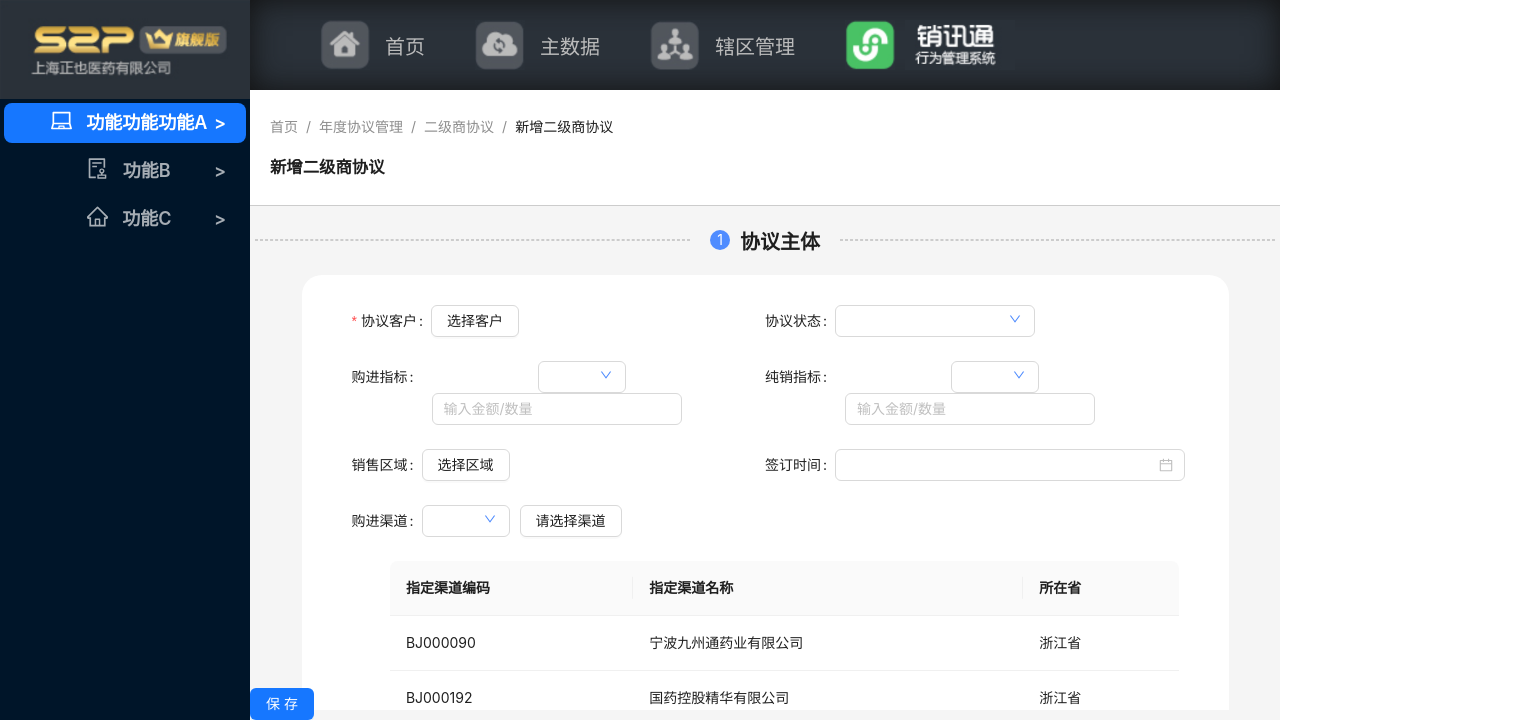
Repository: XiChips/questionB
Page: /
These files come from the project's save history. The page is drawn as it stood at one moment and after a run of saves; the edit follows.
The browser window is 1280 px wide. The page is 1280 px wide, then 1530 px, so the pictures cover 1530 px, including what lies to the right of the window. The pictures show the whole page.
An inner scrolling area shows only its first screen. The project was rebuilt for these pictures with package versions that can differ from the ones it lists, and the page was loaded fresh each time. Also part of the build but not shown: vue.config.js.

Above is the page before, as saved 2024-02-28 14:15:01.

### src/main.js
import { createApp } from 'vue'
import App from './App.vue'
import router from './router'
import store from './store'
import { setupAntd } from './ant-design-vue/index'
import { message } from "ant-design-vue";
import './assets/css/index.css'
// import axios from "axios";
// moment.locale('zh-cn')
const app = createApp(App)
setupAntd(app)
// app.use(Button).use(Layout)
app.use(store).use(router).mount('#app')



// app.config.globalProperties.$axios = axios
app.config.globalProperties.$message = message

### src/router/index.js
import { createRouter, createWebHashHistory } from 'vue-router'

const routes = [
  {
    path: '/',
    name: 'home',
    component: () => import('../views/home.vue')
  },
  {
    path: '/about',
    name: 'about',

    component: () => import('../views/AboutView.vue')
  }
]

const router = createRouter({
  history: createWebHashHistory(),
  routes
})

export default router

### src/ant-design-vue/index.js
import { Button, Layout, Image, Form, Checkbox,Radio, Input, Popover, Menu, Drawer, Breadcrumb, Typography, message, Divider, Table, DatePicker, Popconfirm, Space, InputNumber, Select, PageHeader, Steps, Statistic, Transfer, Upload, Switch, Modal, Tabs } from 'ant-design-vue';

// import 'ant-design-vue/dist/antd.min.css'

const components = [
    Button,
    Layout,
    Form,
    Input,
    Menu,
    Breadcrumb,
    Table,
    Popconfirm,
    Select,
    PageHeader,
    Steps,
    Transfer,
    Upload,
    Switch,
    Modal,
    Tabs,
    Statistic,
    InputNumber,
    Space,
    DatePicker,
    Divider,
    Image,
    Typography,
    Drawer,
    Popover,
    Radio,
    Checkbox
]

export function setupAntd(app) {
    components.forEach(component => {
        app.use(component)
    })
    app.config.globalProperties.$message = message
}

### src/assets/css/index.css
body {
    margin: 0;
}

.logo img {
    width: 100%;
}

:where(.css-dev-only-do-not-override-1hsjdkk).ant-menu-dark {
    background-color: rgb(42, 49, 57);
}

.ant-menu .anticon {
    margin-right: 10px;
    font-size   : 18px;
}

.content {
    max-height: 70vh;
    overflow  : auto;
}

.ant-upload-select-picture-card i {
    font-size: 32px;
    color    : #999;
}

.ant-upload-select-picture-card .ant-upload-text {
    margin-top: 8px;
    color     : #666;
}

.ant-upload-list-picture-card .ant-upload-list-item:hover .ant-upload-list-item-info:before {
    left: 0;
}

.ant-page-header {
    background: #fff;
}

.ant-page-header.has-breadcrumb {
    padding: 5px 24px;
}

.ant-menu {
    font-size  : 18px;
    font-weight: 600;
}

.ant-tabs-tab span {
    color      : #000;
    font-weight: bold;
    display    : inline-block;
}


.ant-upload-list-picture-card .ant-upload-list-item-info:before {
    left: 0
}

hr {
    width       : 90%;
    margin      : 0 auto;
    border-color: #99999910;
}

.title {
    background-color: rgb(42, 49, 57);
    display         : flex;
    height          : fit-content;
    padding         : 20px 70px;
    color           : rgb(187, 187, 187);
    box-shadow      : inset 0px 0 30px #111;
}

.title>div {
    margin-right: 50px;
    font-size   : 20px;
}

.title img {
    width         : 50px;
    height        : 50px;
    margin-right  : 15px;
    vertical-align: middle;
}

.title span {
    display         : inline-block;
    vertical-align  : middle;
    /* margin-bottom: 5px; */
}

:where(.css-dev-only-do-not-override-1hsjdkk).ant-menu-inline.ant-menu-root .ant-menu-item>.ant-menu-title-content,
:where(.css-dev-only-do-not-override-1hsjdkk).ant-menu-inline.ant-menu-root .ant-menu-submenu-title>.ant-menu-title-content {
    flex: none;
}

.ant-menu .anticon svg {
    width : 1.5em;
    height: 1.5em;
}

.title2 {
    display        : flex;
    justify-content: space-between;
    align-items    : center;
}

.title2>div {
    width: 300px;
}

.title2 hr {
    height: 1px;
    border: 1px dashed #ccc;
    margin: 0 5px;
}

.title2 span {
    display         : inline-block;
    width           : 20px;
    height          : 20px;
    line-height     : 20px;
    background-color: rgb(79, 140, 255);
    color           : #fff;
    border-radius   : 50%;
    margin-right    : 10px;
    vertical-align  : middle;
}


.title2 p {
    display       : inline-block;
    font-size     : 20px;
    vertical-align: middle;
    font-weight   : bold;
}

.area {
    background-color: #fff;
    border-radius   : 20px;
    width           : 90%;
    margin          : 0 auto;
    padding         : 30px 50px;
    text-align-last : left;
}

.line2 {
    display        : flex;
    justify-content: space-between;
}

.line2>div {
    width: 50%;
}

.area .ant-form-item-control-input {
    width: 25vw;
}

.ant-form-item-control-input-content {
    flex: none !important;
}

:where(.css-dev-only-do-not-override-1hsjdkk).ant-form-item .ant-form-item-label {
    /* position: relative; */
    overflow: visible;
}

:where(.css-dev-only-do-not-override-1hsjdkk).ant-form-item .ant-form-item-label>label.ant-form-item-required:not(.ant-form-item-required-mark-optional)::before {
    position: absolute;
    left    : -12px;
    top     : 7px
}

:where(.css-dev-only-do-not-override-1hsjdkk).ant-select .ant-select-arrow .anticon>svg {
    vertical-align: middle;
}

.areaType {
    display: flex;
    align-items: center;
}

:where(.css-dev-only-do-not-override-1hsjdkk).ant-tabs-card.ant-tabs-top>.ant-tabs-nav .ant-tabs-tab,
:where(.css-dev-only-do-not-override-1hsjdkk).ant-tabs-card.ant-tabs-top>div>.ant-tabs-nav .ant-tabs-tab{
    border-radius: 0;
}

textarea{
    resize: none;
    width: 100%;
    outline: none;
    border: 1px solid #ddd;
    background-color: rgb(248,248,248);
    height: 200px;
}

.btn {
    color: orange;
}

.save{
    position: absolute;
    bottom: 0;
}

### src/views/home.vue
<template>
  <a-layout>
    <a-layout>
      <a-layout-sider width="250">
        <a-menu theme="dark" v-model:selectedKeys="selectedKeys" v-model:openKeys="openKeys" mode="inline" :style="{ height: '100%', borderRight: 0 }">
          <div class="logo">
            <img src="../assets/images/logo.png" alt="">
          </div>
          <!-- <hr /> -->

          <div v-for="(item, i) in links" style="display: flex;justify-content: space-between;">
            <a-menu-item v-if="item.children == undefined" :key="`item${i}_0`" @click="changeTab(item.name)">
              <LaptopOutlined v-if="item.name == '功能功能功能A'" />
              <AuditOutlined v-if="item.name == '功能B'" />
              <HomeOutlined v-if="item.name == '功能C'" />
              {{ item.name }}
              <span style="position: absolute;right: 20px;">{{ ">" }}</span>
            </a-menu-item>

          </div>
        </a-menu>
      </a-layout-sider>
      <a-layout style="padding: 0px 0px 24px" theme="dark">
        <a-layout-content :style="{ background: 'rgb(245,245,245)', padding: '0px', margin: 0, minHeight: '280px', }">

          <div class="title">
            <div><img src="../assets/images/icon1.png" alt=""><span>首页</span></div>
            <div><img src="../assets/images/icon2.png" alt=""><span>主数据</span></div>
            <div><img src="../assets/images/icon3.png" alt=""><span>辖区管理</span></div>
            <div><img src="../assets/images/icon4.png" alt=""><img src="../assets/images/text.png" style="width: auto;margin-left: -5px;" alt=""></div>
          </div>
          <div style="padding: 10px 20px;background-color: rgb(255,255,255);border-bottom: 1px solid #ccc;">
            <a-breadcrumb :style="{ margin: '36px 20px' }">
              <a-breadcrumb-item>首页</a-breadcrumb-item>
              <a-breadcrumb-item>年度协议管理</a-breadcrumb-item>
              <a-breadcrumb-item>二级商协议</a-breadcrumb-item>
              <a-breadcrumb-item>新增二级商协议</a-breadcrumb-item>
            </a-breadcrumb>
            <h3 style="text-align: left;">
              新增二级商协议
            </h3>
          </div>
          <div class="content">
            <div class="title2">
              <hr>
              <div>
                <span>1</span>
                <p>协议主体</p>
              </div>
              <hr>
            </div>
            <div class="area">
              <a-form :model="formState" autocomplete="off" @finish="onFinish" @finishFailed="onFinishFailed">
                <div class="line2">

                  <a-form-item label="协议客户" :rules="[{ required: true}]">
                    <a-button v-if="visible" @click="selectCustom">选择客户</a-button>
                    <a-select defaultOpen v-if="!visible" v-model:value="inputs.value1c" show-search placeholder="" style="width: 200px" :options="options" :filter-option="filterOption" @focus="handleFocus" @blur="handleBlur" @change="changeCustom"></a-select>
                    <span style="margin-left: 20px;">{{ inputs.value1 }}</span>
                  </a-form-item>
                  <a-form-item label="协议状态">
                    <a-select v-model:value="inputs.value2" placeholder="" style="width: 200px" :options="options2" :filter-option="filterOption" @focus="handleFocus" @blur="handleBlur" @change="handleChange">
                      <template #suffixIcon>
                        <down-outlined style="width: 15px;height: 15px;color: rgb(78,139,254);" />
                      </template>
                    </a-select>
                  </a-form-item>
                </div>
                <div class="line2">
                  <a-form-item label="购进指标">
                    <a-select v-model:value="inputs.value3" placeholder="" style="width: 88px" :options="options3" :filter-option="filterOption" @focus="handleFocus" @blur="handleBlur" @change="handleChange">
                      <template #suffixIcon>
                        <down-outlined style="width: 15px;height: 15px;color: rgb(78,139,254);" />
                      </template>
                    </a-select>
                    <a-input v-model:value="inputs.value3" placeholder="输入金额/数量" style="width: 250px;margin-left: 10px;"></a-input>
                  </a-form-item>
                  <a-form-item label="纯销指标">
                    <a-select v-model:value="inputs.value3" placeholder="" style="width: 88px" :options="options3" :filter-option="filterOption" @focus="handleFocus" @blur="handleBlur" @change="handleChange">
                      <template #suffixIcon>
                        <down-outlined style="width: 15px;height: 15px;color: rgb(78,139,254);" />
                      </template>
                    </a-select>
                    <a-input v-model:value="inputs.value3" placeholder="输入金额/数量" style="width: 250px;margin-left: 10px;"></a-input>
                  </a-form-item>
                </div>
                <div class="line2">
                  <a-form-item label="销售区域">
                    <a-button v-if="visible2" @click="selectArea">选择区域</a-button>
                    <a-select v-if="!visible2" v-model:value="inputs.value7c" placeholder="" style="width: 88px" :options="options4" :filter-option="filterOption" @focus="handleFocus" @blur="handleBlur" @change="changeArea">
                      <template #suffixIcon>
                        <down-outlined style="width: 15px;height: 15px;color: rgb(78,139,254);" />
                      </template>
                    </a-select>
                    <a-button type="primary" v-if="inputs.value7.length" v-for="(item,id) in inputs.value7" style="margin-left: 10px;"><span @click="deleteItem(id)">{{ item }}
                        <close-outlined /></span></a-button>
                  </a-form-item>
                  <a-form-item label="签订时间">
                    <a-date-picker placeholder="" show-time v-model:value="value1" style="width:350px" />
                  </a-form-item>
                </div>
              </a-form>
              <div class="line2">
                <a-form-item label="购进渠道">
                  <a-select v-model:value="inputs.value3" placeholder="" style="width: 88px" :options="options5" :filter-option="filterOption" @focus="handleFocus" @blur="handleBlur" @change="handleChange">
                    <template #suffixIcon>
                      <down-outlined style="width: 15px;height: 15px;color: rgb(78,139,254);" />
                    </template>
                  </a-select>
                  <a-button style="margin-left: 10px;">请选择渠道</a-button>
                </a-form-item>
              </div>

              <div style="padding-left: 3vw;">
                <a-table :dataSource="data" :columns="columns" :pagination="false" />
              </div>

            </div>

            <div class="title2">
              <hr>
              <div>
                <span>2</span>
                <p>产品政策</p>
              </div>
              <hr>
            </div>

            <div style="text-align: left;margin-left: 5%;margin-bottom: 20px;">
              <a-button type="primary">添加产品</a-button>
              <span style="margin-left: 20px;">购进总指标(万元)：<b>￥152.65</b></span>
              <span style="margin-left: 20px;">指标按季度分解(万元):<b>[Q1]￥12.5，[Q2]￥12.5，[Q3] ￥12.5，[Q4]￥12.5</b></span>
              <span style="margin-left: 20px;">纯销总指标(万元):<b>￥152.65</b></span>
            </div>

            <div class="area">
              <div class="areaType">
                <span>产品：</span>
                <a-button style="margin-left: 20px;">选择产品</a-button>
                <a style="margin-left: 20px;">美复胶丸 24粒/盒</a>
                <span style="margin-left: 80px;">协议效期：</span>
                <a-range-picker v-model:value="value4" :placeholder="['','']" :format="dateFormat" />
              </div>
              <a-table :columns="columns2" :data-source="data2" bordered :pagination="false" style="margin-top: 20px;">
                <template #bodyCell="{ column, text, record }">
                  <template v-if="['col1', 'col2', 'col3', 'col4', 'col5', 'col6', 'col7'].includes(column.dataIndex)">
                    <div>
                      <a-input v-model:value="record.key" style="margin: -5px 0" />
                    </div>
                  </template>
                </template>
              </a-table>
              <a-table :columns="columns3" :data-source="data3" bordered :pagination="false" style="margin-top: 20px;">
                <template #bodyCell="{ column, text, record }">
                  <template v-if="['col1',  'col3', 'col5'].includes(column.dataIndex)">
                    <div>
                      <a-input v-model:value="record.key" style="margin: -5px 0" />
                    </div>
                  </template>
                  <template v-if="[ 'col2',  'col4',  'col6'].includes(column.dataIndex)">
                    <div>
                      <a-select v-model:value="record.key" style="width:150px" show-search placeholder="" :options="options" :filter-option="filterOption" @focus="handleFocus" @blur="handleBlur" @change="changeCustom"></a-select>
                    </div>
                  </template>
                  <template v-if="[ 'col7',  'col8'].includes(column.dataIndex)">
                    <div>
                      <a-date-picker placeholder="" v-model:value="value1" style="width:150px" />
                    </div>
                  </template>
                </template>
              </a-table>
            </div>
            <div class="title2">
              <hr>
              <div>
                <span>3</span>
                <p>补充协议</p>
              </div>
              <hr>
            </div>
            <div class="area">
              <a-tabs v-model:activeKey="activeKey2" type="card">
                <a-tab-pane key="1" tab="补充协议1">
                  <div style="display: flex;justify-content: space-between;margin-bottom: 10px;">
                    <span>补充协议：</span>
                    <a-button class="btn">删除</a-button>
                  </div>
                  <textarea></textarea>
                </a-tab-pane>
                <a-tab-pane key="2" tab="补充协议2" force-render>

                </a-tab-pane>
                <a-tab-pane key="3" tab="补充协议3">

                </a-tab-pane>
              </a-tabs>
            </div>

            <div class="save">
              <a-button type="primary">保存</a-button>
            </div>
          </div>
          <!-- <router-view v-else></router-view> -->
        </a-layout-content>
      </a-layout>

    </a-layout>
  </a-layout>
</template>
<script>
import {
  UserOutlined,
  LaptopOutlined,
  NotificationOutlined,
  HomeOutlined,
  TeamOutlined,
  DesktopOutlined,
  BarChartOutlined,
  ContactsOutlined,
  AuditOutlined,
  ScheduleOutlined,
  ToolOutlined,
  FundProjectionScreenOutlined,
  UserSwitchOutlined,
  TransactionOutlined,
  DownOutlined,
  CloseOutlined
} from "@ant-design/icons-vue";
import { defineComponent, ref } from "vue";

export default defineComponent({
  components: {
    UserOutlined,
    LaptopOutlined,
    NotificationOutlined,
    HomeOutlined,
    TeamOutlined,
    DesktopOutlined,
    BarChartOutlined,
    ContactsOutlined,
    AuditOutlined,
    ScheduleOutlined,
    ToolOutlined,
    FundProjectionScreenOutlined,
    UserSwitchOutlined,
    TransactionOutlined,
    DownOutlined,
    CloseOutlined
  },
  name: "home",
  data() {
    return {
      activeKey: 0,
      activeKey2: "1",
      formState: {
        username: "",
        password: "",
      },
      inputs: {
        value1: "",
        value1c: "",
        value2: "",
        value3: "",
        value4: "",
        value7c: "",
        value7: [],
      },
      visible: true,
      visible2: true,
      links: [
        {
          name: "功能功能功能A",
        },
        {
          name: "功能B",
        },
        {
          name: "功能C",
        },
      ],
      options: [{ value: "上海正也医药有限公司", id: "上海正也医药有限公司" }],
      options2: [{ value: "正常", id: "正常" }, { value: "异常", id: "异常" }],
      options3: [{ value: "金额", id: "金额" }, { value: "金额", id: "金额" }],
      options4: [{ value: "全国", id: "全国" }, { value: "上海", id: "上海" }],
      options5: [{ value: "指定渠道", id: "指定渠道" }],
      pages: [{ name: "首页", link: "/" }],
      data: [{
        col1: "BJ000090",
        col2: "宁波九州通药业有限公司",
        col3: "浙江省",
      },
      {
        col1: "BJ000192",
        col2: "国药控股精华有限公司",
        col3: "浙江省",
      },
      {
        col1: "BJ000283",
        col2: "老百姓药业有限公司",
        col3: "浙江省",
      }],
      columns: [
        {
          title: '指定渠道编码',
          dataIndex: 'col1',
          key: 'col1',
        },
        {
          title: '指定渠道名称',
          dataIndex: 'col2',
          key: 'col2',
        },
        {
          title: '所在省',
          dataIndex: 'col3',
          key: 'col3',
        }
      ],
      data2: [{
        col1: "BJ000090",
        col2: "宁波九州通药业有限公司",
        col3: "浙江省",
      },],
      columns2: [
        {
          title: '协议价（元）',
          dataIndex: 'col1',
          key: 'col1',
        },
        {
          title: '票折（元）',
          dataIndex: 'col2',
          key: 'col2',
        },
        {
          title: '购进指标量(大单位)',
          dataIndex: 'col3',
          key: 'col3',
        },
        {
          title: '购进指标量(小单位)',
          dataIndex: 'col4',
          key: 'col4',
        },
        {
          title: '购进金额(万元)',
          dataIndex: 'col5',
          key: 'col5',
        },
        {
          title: '纯销指标量(小单位)',
          dataIndex: 'col6',
          key: 'col6',
        },
        {
          title: '纯销指标金额(万元)',
          dataIndex: 'col7',
          key: 'col7',
        }
      ],
      data3: [{
        col1: "BJ000090",
        col2: "宁波九州通药业有限公司",
        col3: "浙江省",
      },],
      columns3: [
        {
          title: '分销奖励',
          dataIndex: 'col1',
          key: 'col1',
        },
        {
          title: '费用科目',
          dataIndex: 'col2',
          key: 'col2',
        },
        {
          title: '零售配送',
          dataIndex: 'col3',
          key: 'col3',
        },
        {
          title: '费用科目',
          dataIndex: 'col4',
          key: 'col4',
        },
        {
          title: '医疗配送商',
          dataIndex: 'col5',
          key: 'col5',
        },
        {
          title: '费用科目',
          dataIndex: 'col6',
          key: 'col6',
        },
        {
          title: '自定义7',
          dataIndex: 'col7',
          key: 'col7',
        },
        {
          title: '自定义8',
          dataIndex: 'col8',
          key: 'col8',
        }
      ],
      routes: [],
    };
  },
  setup() {
    return {
      selectedKeys: ref(["item0_0"]),
      collapsed: ref(false),
      openKeys: ref(["title1"]),
      basePath: "/index",
    };
  },
  methods: {
    changeTab() {

    },
    selectCustom() {
      this.visible = false
      this.inputs.value1c = ""
    },
    changeCustom() {
      this.visible = true
      this.inputs.value1 = this.inputs.value1c
    },
    selectArea() {
      this.visible2 = false
      this.inputs.value7c = ""
    },
    changeArea() {
      this.inputs.value7.push(this.inputs.value7c)
      this.inputs.value7 = Array.from(new Set(this.inputs.value7))
      this.inputs.value7c = ""
    },
    deleteItem(id) {
      this.inputs.value7.splice(id, 1)
    }
  },
  created() { },
  beforeMounte() { },
  mounted() {

  },
  watch: {
    $route(to, from) {
      // console.log(from.path);//从哪来
      // console.log(to.path);//到哪去
    },
  },
});
</script>
<style>
.ant-layout {
  height: 100vh;
}
.ant-breadcrumb {
  margin: 16px 0 !important;
}
</style>

Loaded but not shown: public/index.html (common file); src/App.vue (common file); src/store/index.js (common file)

After the next 2 saves:
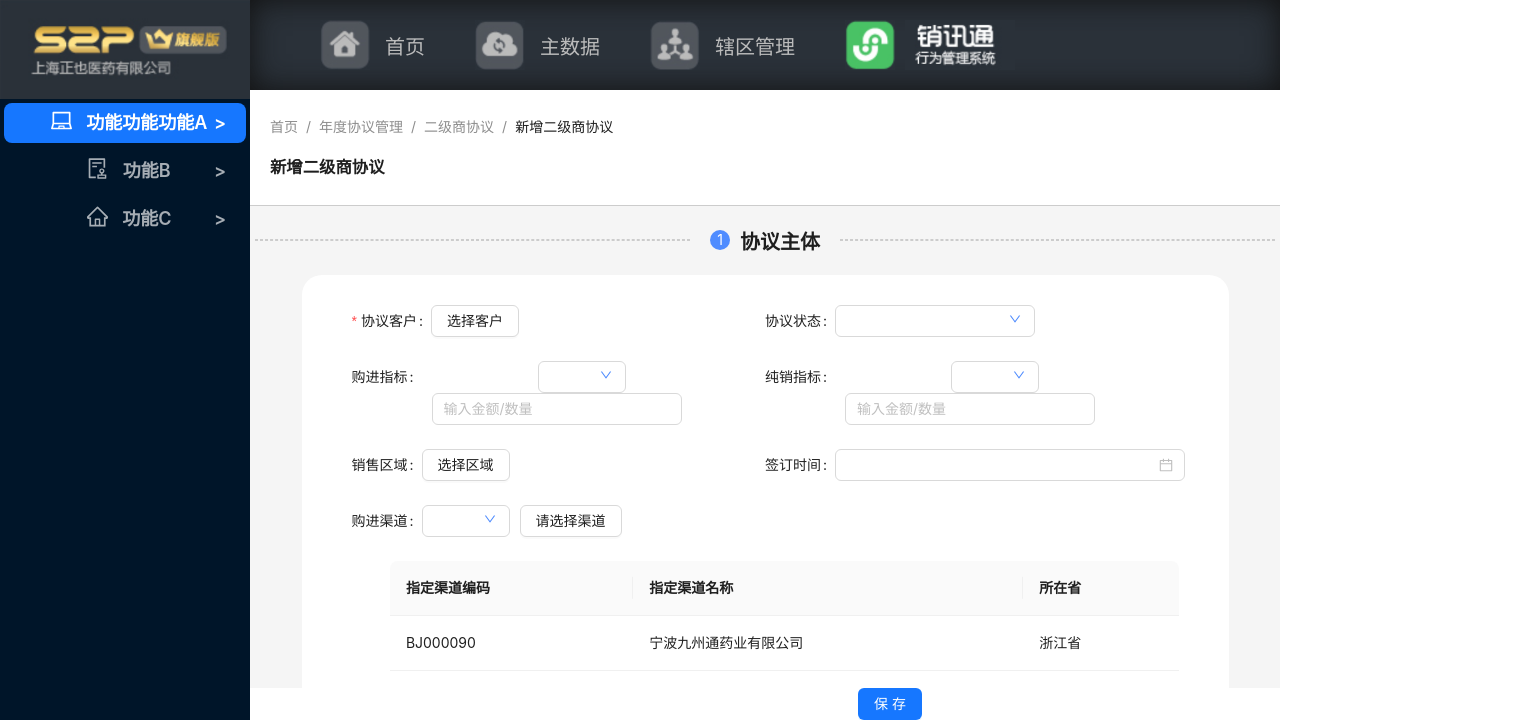
The 2 saves are shown as one change because they came seconds apart.
The last was saved 9 s later.
--- a/src/assets/css/index.css
+++ b/src/assets/css/index.css
@@ -204,4 +204,6 @@
 .save{
     position: absolute;
     bottom: 0;
-}
+    width: 100%;
+    background-color: #fff;
+}
